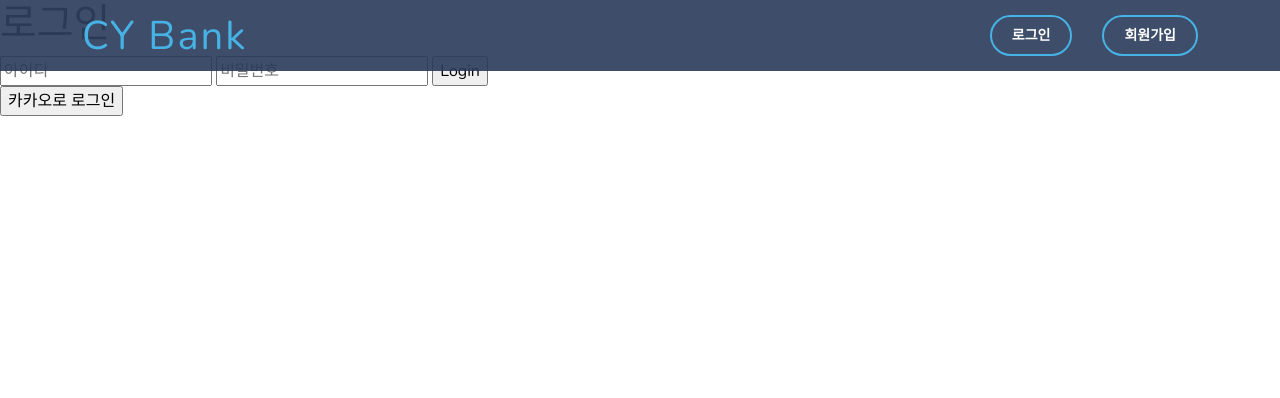
Repository: scy0814/Spring
Page: http://localhost/CYBank/jsp/login/Login.jsp
These files come from the project's save history. The page is drawn as it stood at one moment and after the next save; the edit follows.
The browser window is 1280 px wide. The pictures show the whole page.
The page is served by Tomcat 9.

Above is the page before, as saved 2023-06-27 01:54:28.

After the next save:
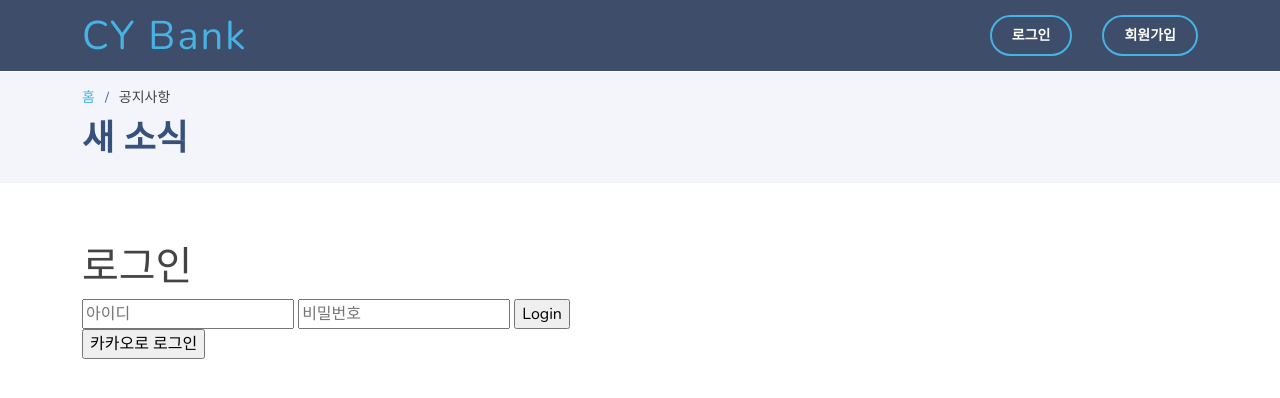
Saved 17 s later.
--- a/CYBank/src/main/webapp/jsp/login/Login.jsp
+++ b/CYBank/src/main/webapp/jsp/login/Login.jsp
@@ -10,6 +10,20 @@
 <jsp:include page="/jsp/include/header.jsp" />
 </header>
 <body>
+<section id="breadcrumbs" class="breadcrumbs">
+      <div class="container">
+
+        <ol>
+          <li><a href="/index.jsp">홈</a></li>
+          <li>공지사항</li>
+        </ol>
+        <h2 style="font-size : 35px;">새 소식</h2>
+
+      </div>
+    </section><!-- End Breadcrumbs -->
+
+    <section class="inner-page">
+      <div class="container">
     <div class="login-wrapper">
         <h1>로그인</h1>
         <form method="post" action="${pageContext.request.contextPath }/loginProcess.do" id="login-form">
